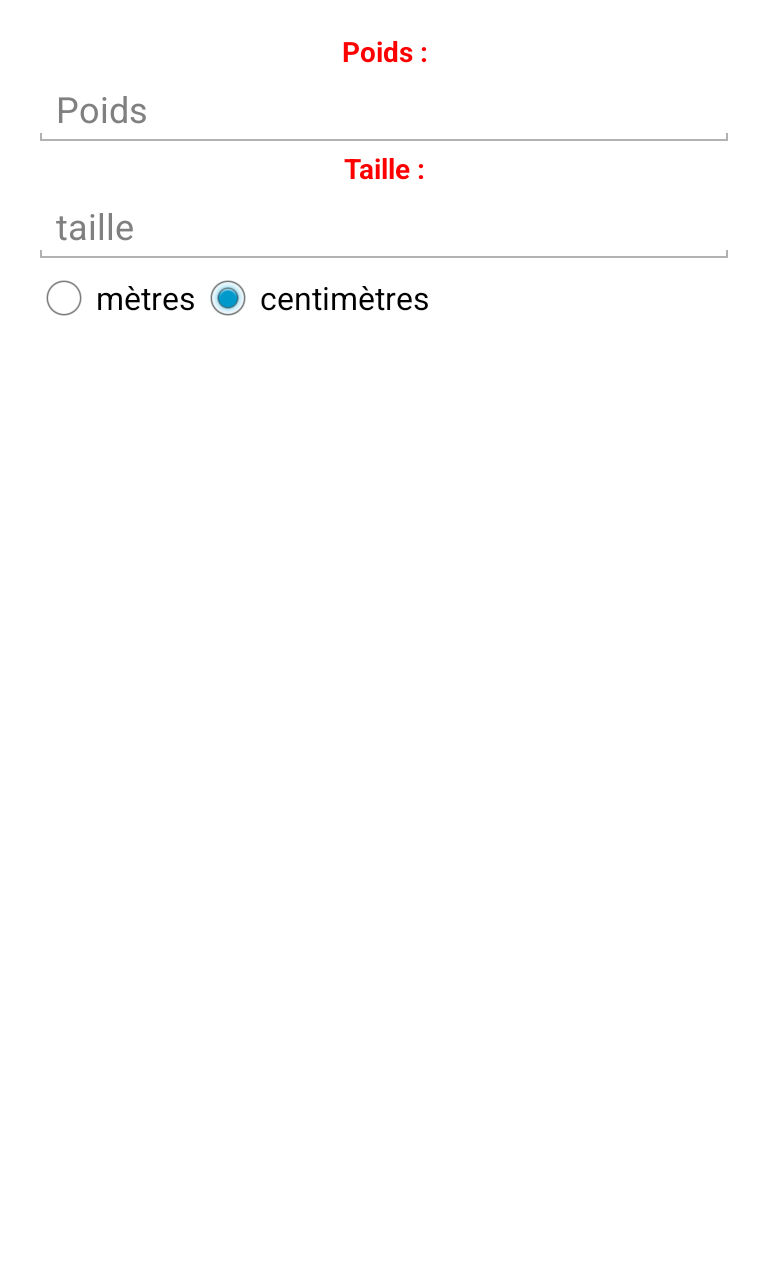
Repository: mikaelpopowicz/cours
Layout: graph/test/res/layout/activity_main.xml
The author's editor kept a copy of each file at every save. The layout is drawn from the files as they stood at one save, then again after the next save.
It is drawn on a 768 x 1280 px phone screen (xhdpi) without system bars, with theme AppTheme; the app's code is not run.

Above is the layout before, as saved 2014-02-26 22:47:37.

### graph/test/res/layout/activity_main.xml
<LinearLayout xmlns:android="http://schemas.android.com/apk/res/android"
    xmlns:tools="http://schemas.android.com/tools"
    android:layout_width="match_parent"
    android:layout_height="match_parent"
    android:paddingBottom="@dimen/activity_vertical_margin"
    android:paddingLeft="@dimen/activity_horizontal_margin"
    android:paddingRight="@dimen/activity_horizontal_margin"
    android:paddingTop="@dimen/activity_vertical_margin"
    tools:context=".MainActivity"
    android:orientation="vertical" >

    <TextView
        android:layout_width="fill_parent"
        android:layout_height="wrap_content"
        android:text="Poids :"
        android:textStyle="bold"
        android:textColor="#FF0000"
        android:gravity="center"/>

    <EditText
        android:id="@+id/poids"
        android:layout_width="fill_parent"
        android:layout_height="wrap_content"
        android:hint="Poids"
        android:inputType="text"/>

    <TextView
        android:layout_width="fill_parent"
        android:layout_height="wrap_content"
        android:text="Taille :"
        android:textStyle="bold"
        android:textColor="#FF0000"
        android:gravity="center"/>

    <EditText
        android:id="@+id/taille"
        android:layout_width="fill_parent"
        android:layout_height="wrap_content"
        android:hint="taille"
        android:inputType="text"/>

    <RadioGroup
  		android:layout_width="wrap_content"
  		android:layout_height="wrap_content"
  		android:orientation="horizontal" >
  		<RadioButton
    		android:layout_width="wrap_content"
    		android:layout_height="wrap_content"
    		android:text="mètres" />
  		<RadioButton
    		android:layout_width="wrap_content"
    		android:layout_height="wrap_content"
    		android:text="centimètres"
    		android:checked="true" />
</RadioGroup>

</LinearLayout>

Loaded but not shown: graph/test/res/values/styles.xml (common file); graph/test/res/values-v11/styles.xml (common file); graph/test/res/values-v14/styles.xml (common file); graph/test/res/values/dimens.xml (common file)

After the next save:
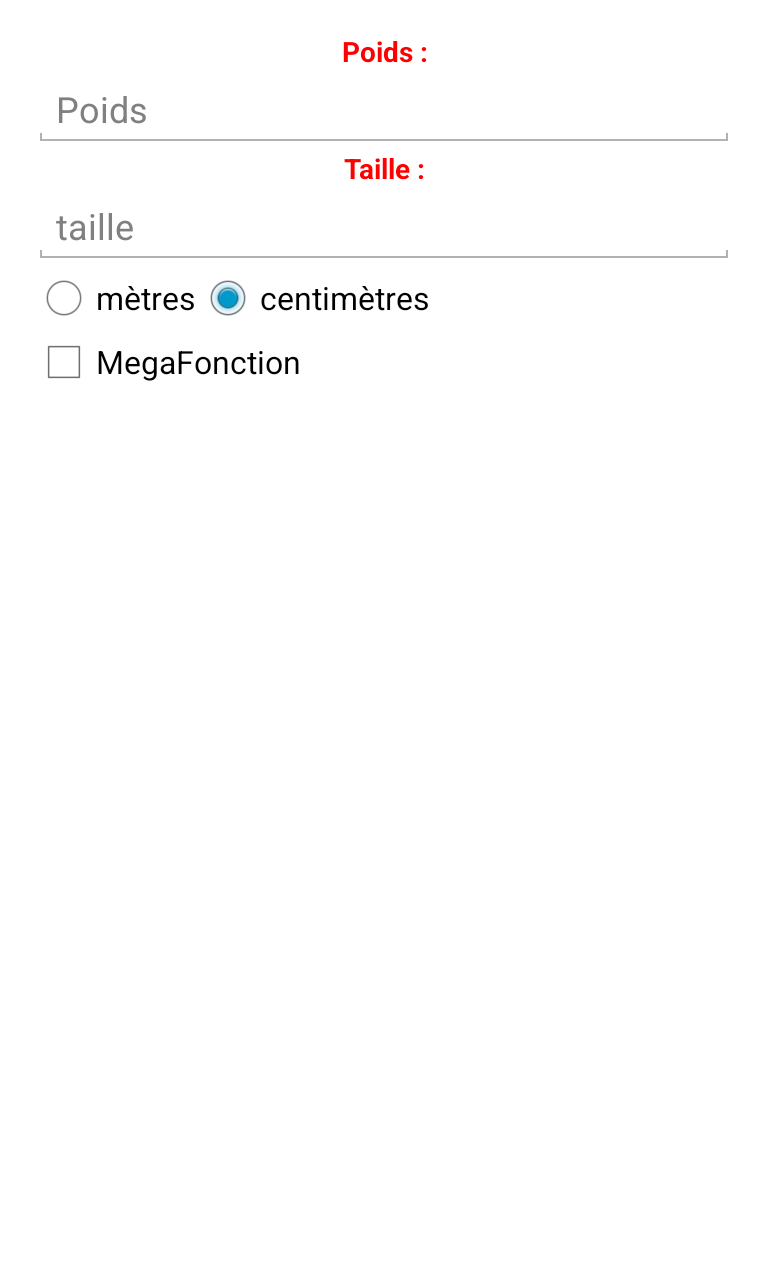
Saved 40 s later.
--- a/graph/test/res/layout/activity_main.xml
+++ b/graph/test/res/layout/activity_main.xml
@@ -52,6 +52,11 @@
     		android:layout_height="wrap_content"
     		android:text="centimètres"
     		android:checked="true" />
-</RadioGroup>
+	</RadioGroup>
+
+    <CheckBox
+  		android:layout_width="fill_parent"
+  		android:layout_height="wrap_content"
+  		android:text="MegaFonction"  />
 
 </LinearLayout>
